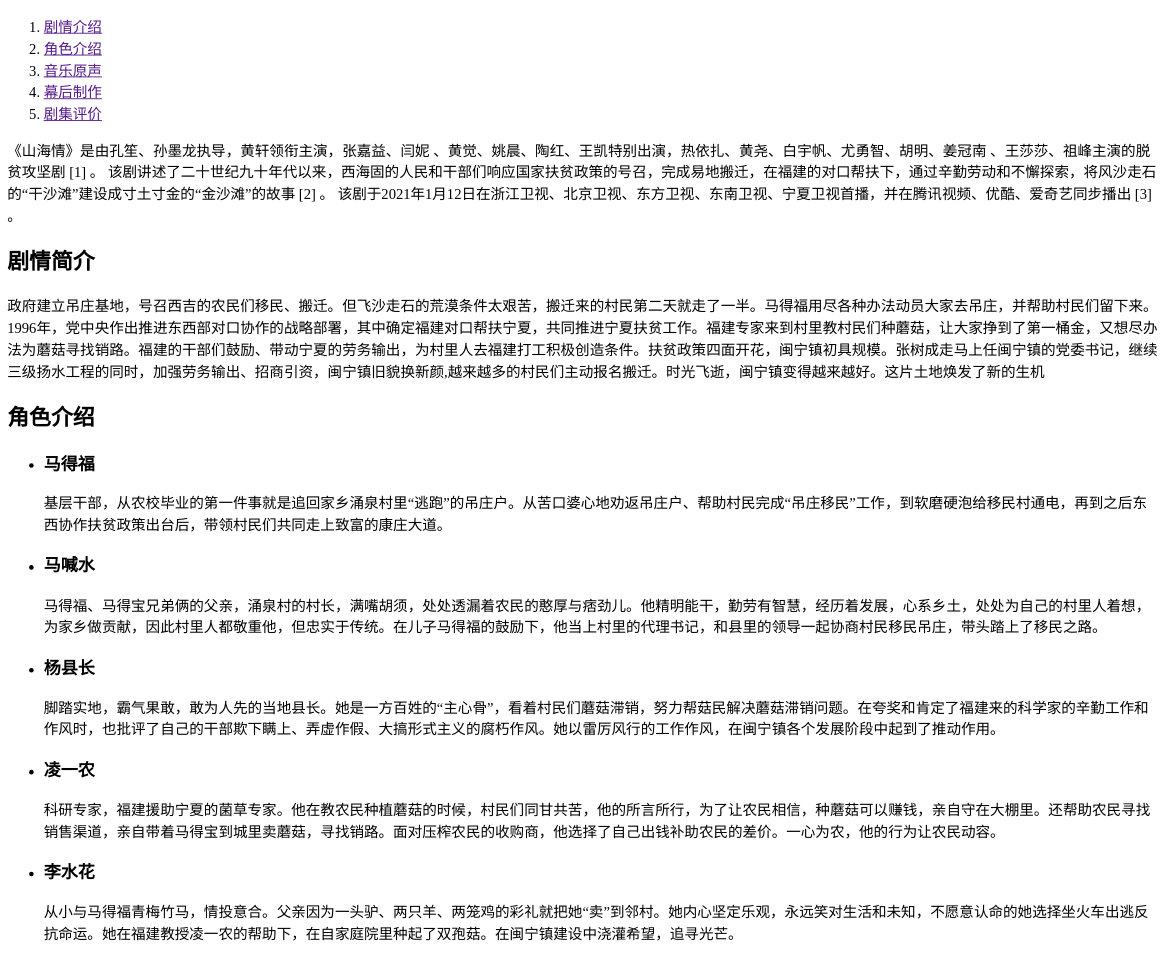
Repository: Lixianlai-2/static-website
Page: index.html
An editor plug-in stored every save of this project. The page is shown before and after the next save, followed by the edit.
The browser window is 1280 px wide. The pictures show the whole page, at 91% of full size.

Above is the page before, as saved 2021-11-29 23:20:11.

After the next save:
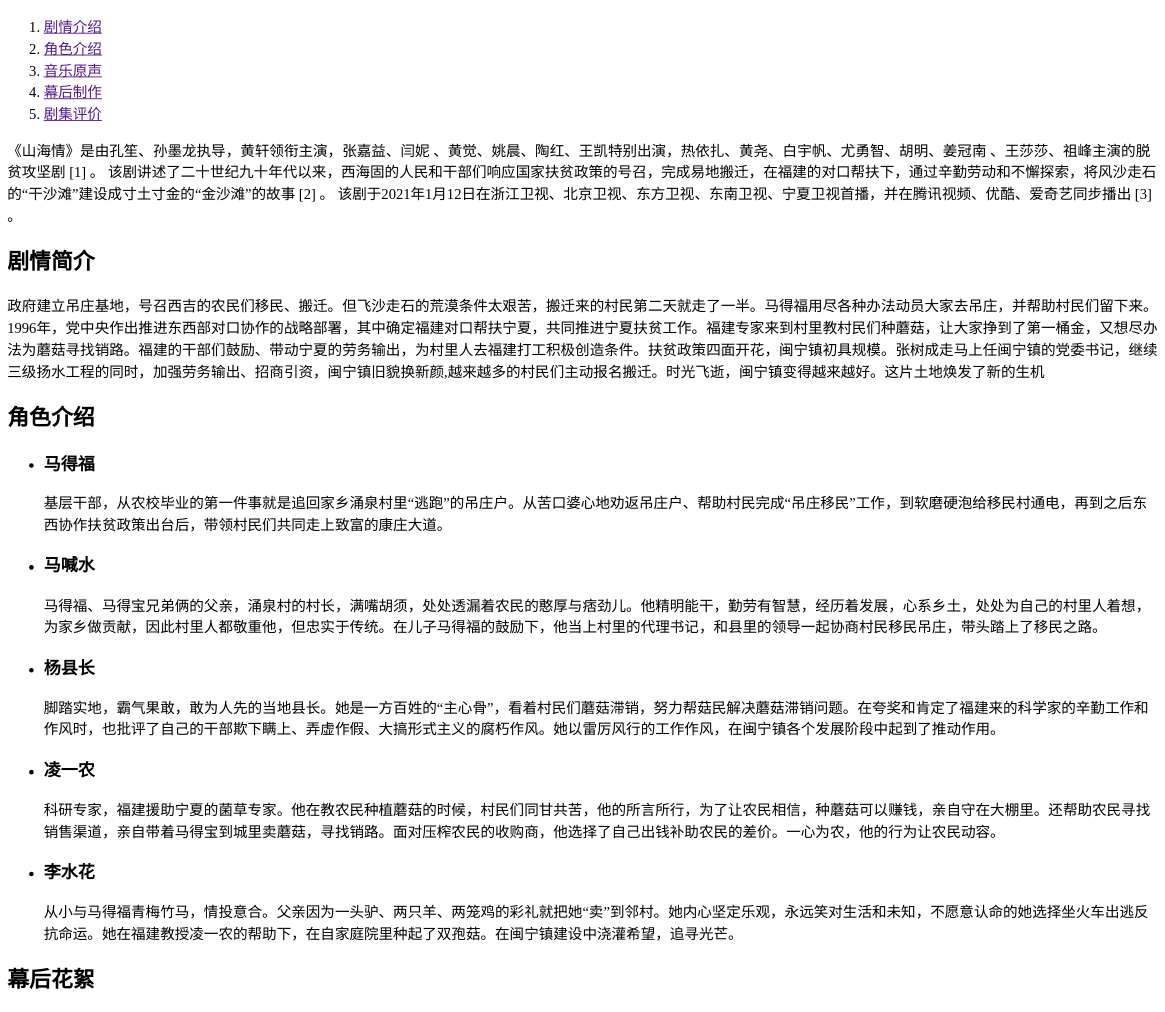
Saved 107 s later.
--- a/index.html
+++ b/index.html
@@ -75,5 +75,7 @@
         </p>
       </li>
     </ul>
+
+    <h2>幕后花絮</h2>
   </body>
 </html>
